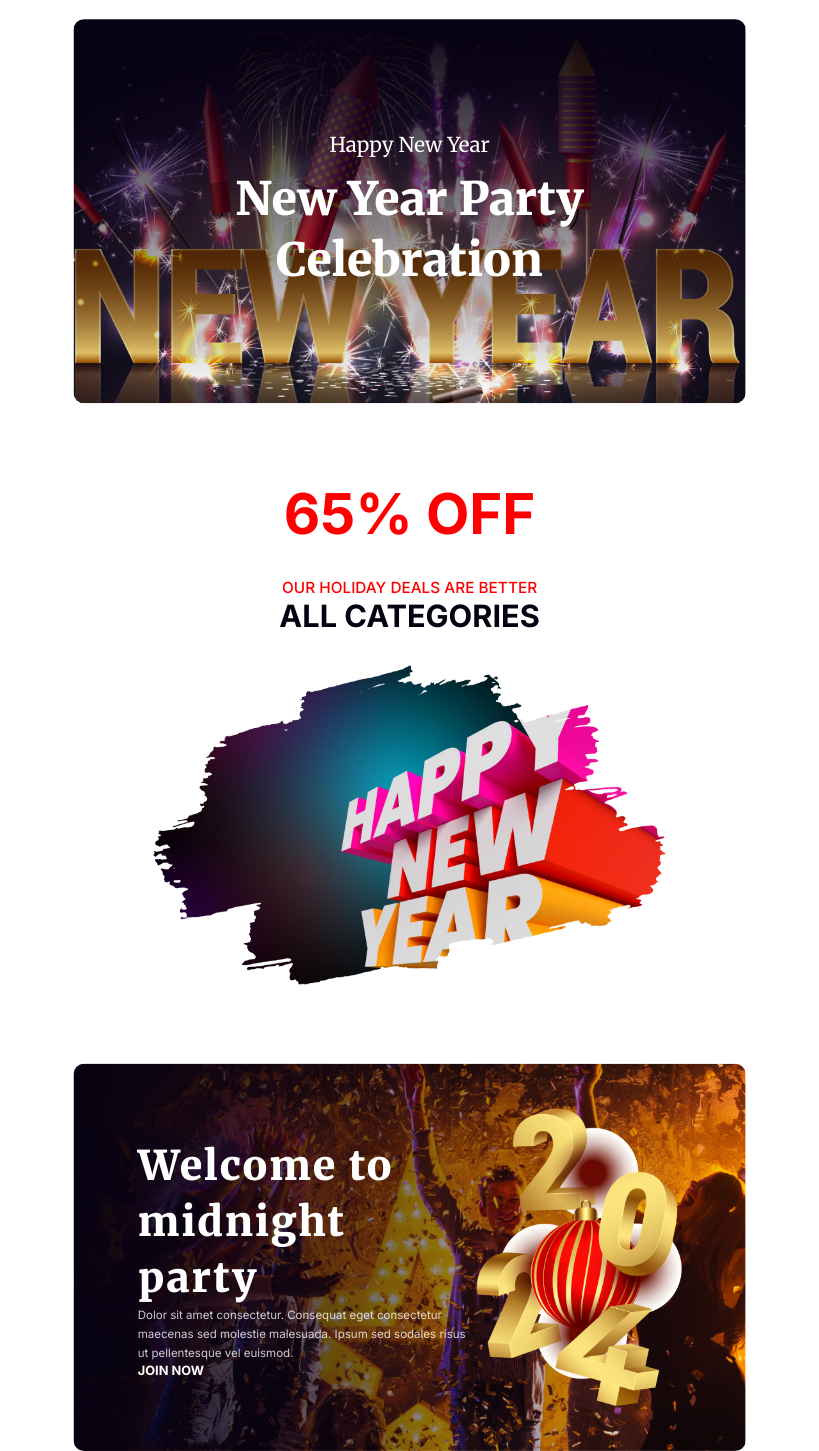
Repository: rahmatahmedrifat/First-Assignment
Page: index.html
These files come from the project's save history. The page is drawn as it stood at one moment and after the next save; the edit follows.
The browser window is 1280 px wide. The pictures show the whole page, at 64% of full size.

Above is the page before, as saved 2024-01-08 02:55:15.

After the next save:
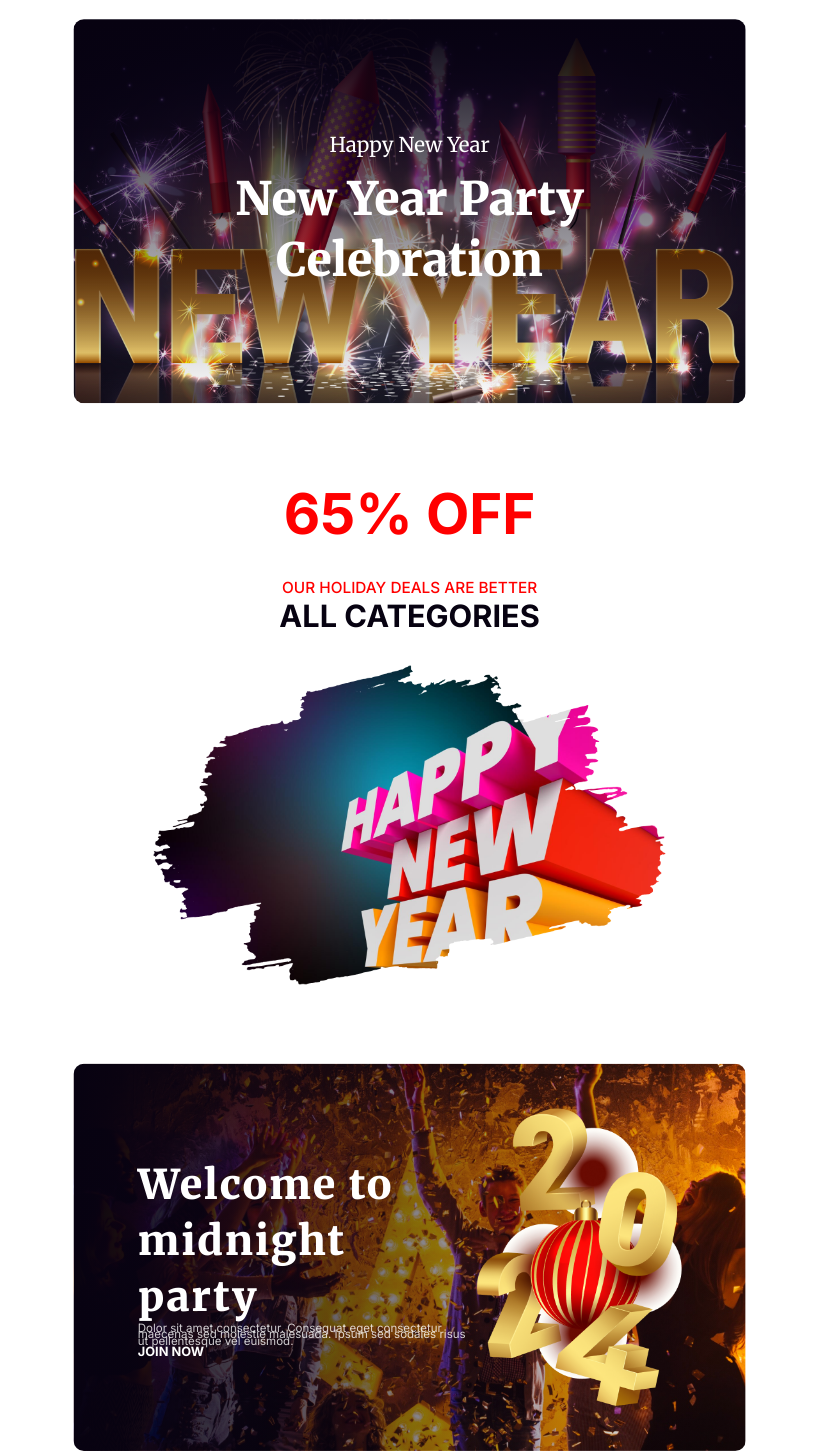
Saved 21 s later.
--- a/Style/style.css
+++ b/Style/style.css
@@ -122,7 +122,7 @@
     font-style: normal;
     font-weight: 400;
     color: rgba(255, 255, 255, 0.80);
-    line-height: 30px;
+    line-height: 10px;
 }
 #join-now-btn{
     font-family: Inter;

After the save that followed:
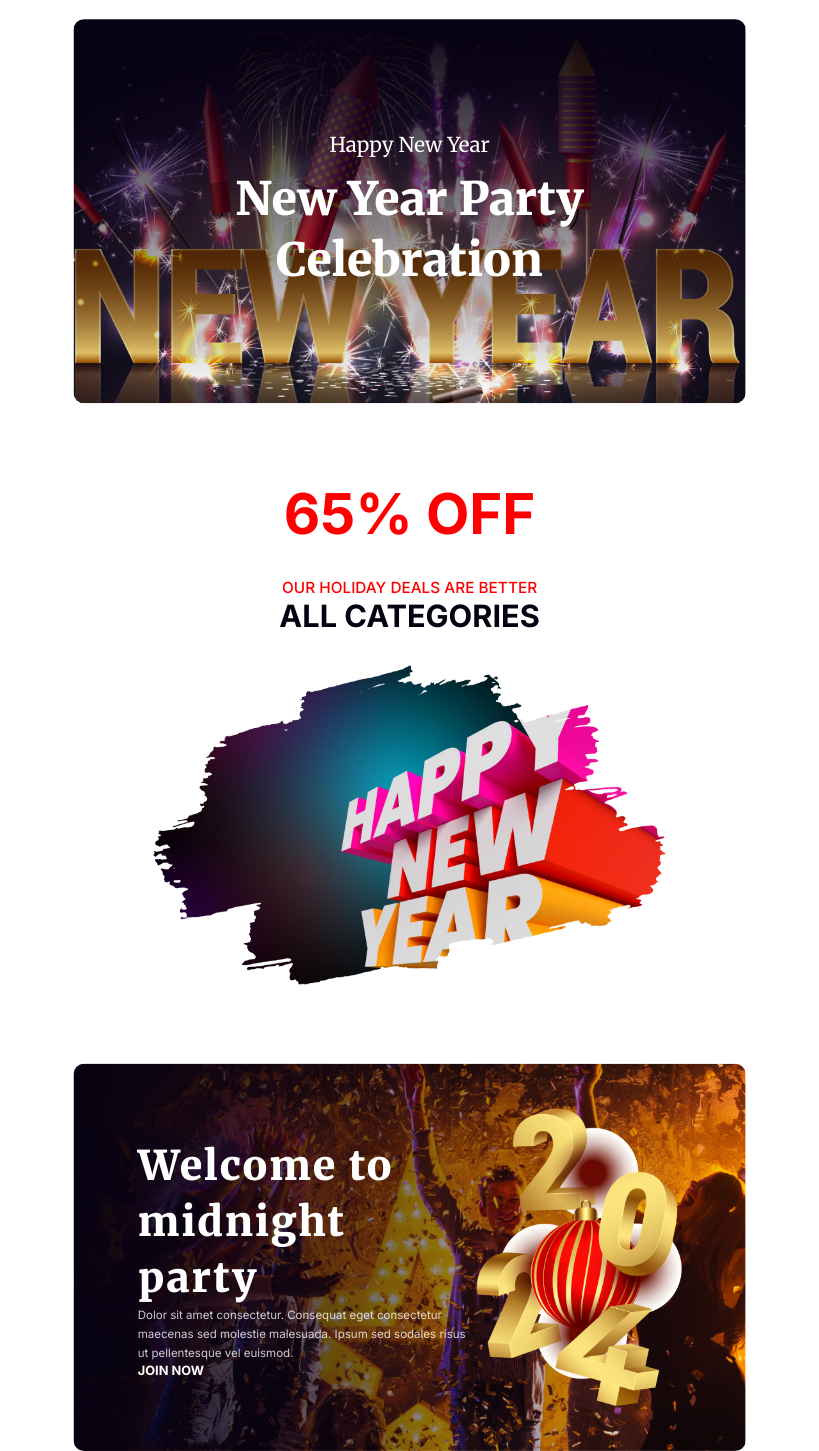
Saved 8 s later.
--- a/Style/style.css
+++ b/Style/style.css
@@ -122,7 +122,7 @@
     font-style: normal;
     font-weight: 400;
     color: rgba(255, 255, 255, 0.80);
-    line-height: 10px;
+    line-height: 30px;
 }
 #join-now-btn{
     font-family: Inter;
